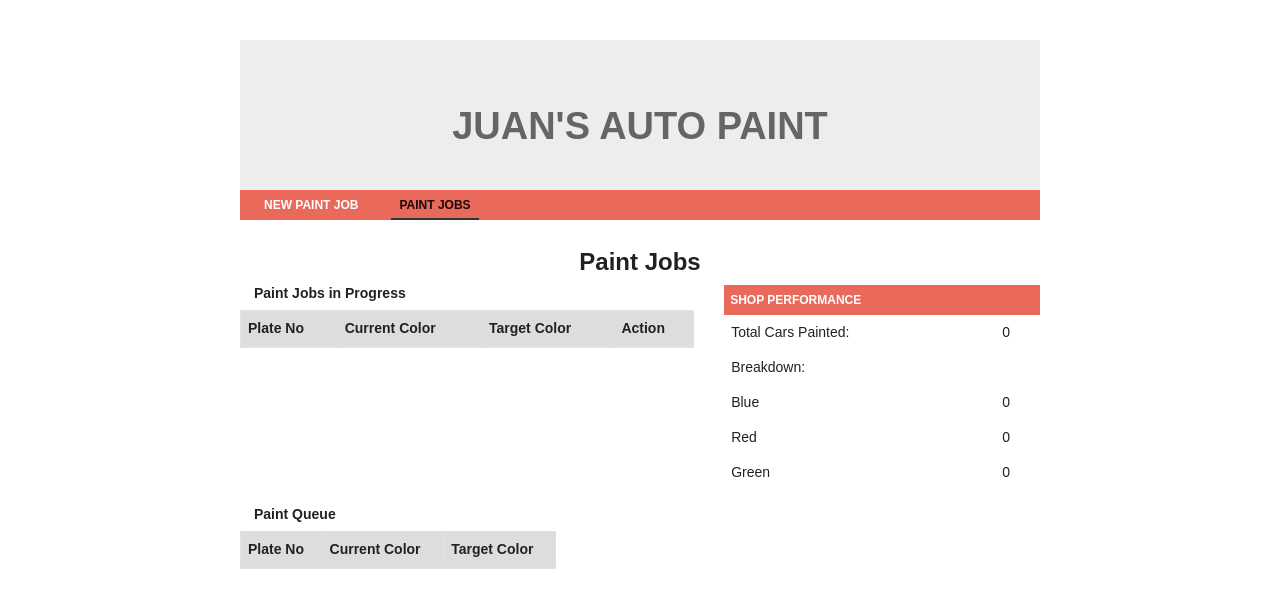
Repository: soycaringal/paint-job
Page: http://localhost/jobs
The author's editor kept a copy of each file at every save. The page is drawn from the files as they stood at one save, then again after the next save.
The browser window is 1280 px wide. The pictures show the whole page.
The page is served by the project's Laravel application, run on PHP 8.4 with Laravel 8. Queries for data that is not in the repository find no rows.

Above is the page before, as saved 2020-02-23 18:58:43.

After the next save:
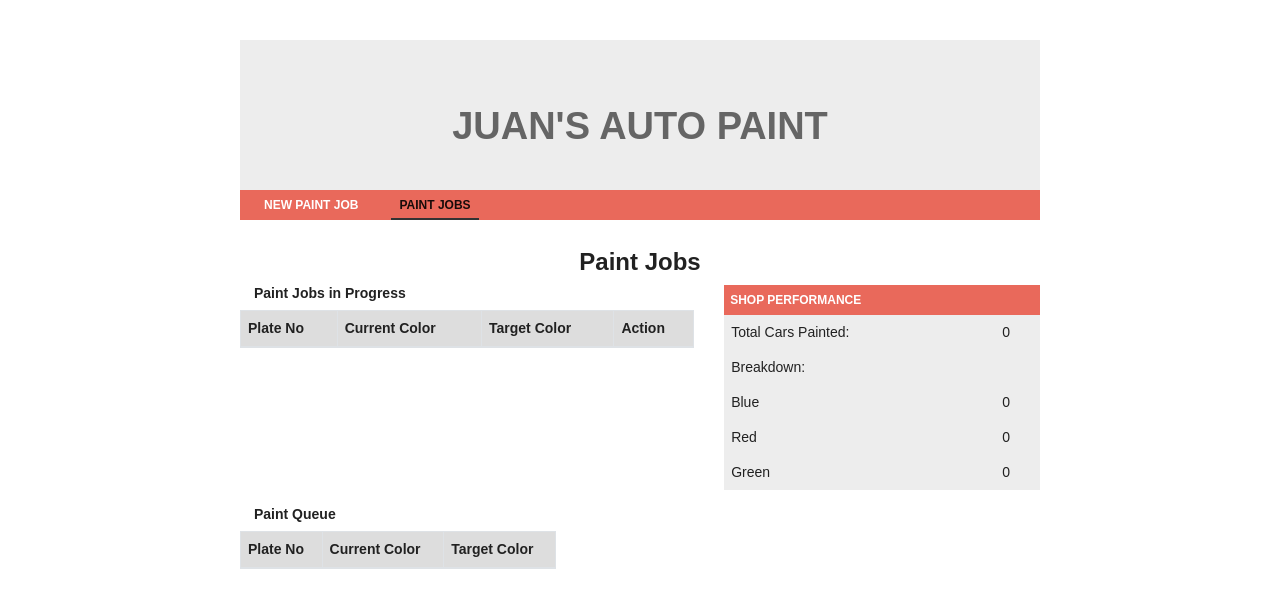
Saved 50 s later.
--- a/public/css/main.css
+++ b/public/css/main.css
@@ -93,8 +93,7 @@ header h1 {
     margin-left: 14px;
 }
 
-.paint-jobs-content .table .thead th,
-.paint-jobs-content .table tbody td {
+.paint-jobs-content .table .thead th, .paint-jobs-content .table tbody td {
     padding: .5em;
 }
 
@@ -108,3 +107,7 @@ header h1 {
     color: #FFFFFF;
     font-size: 12px;
 }
+
+.paint-jobs-content .car-performance .table tbody {
+    background-color: #ededed;
+}
